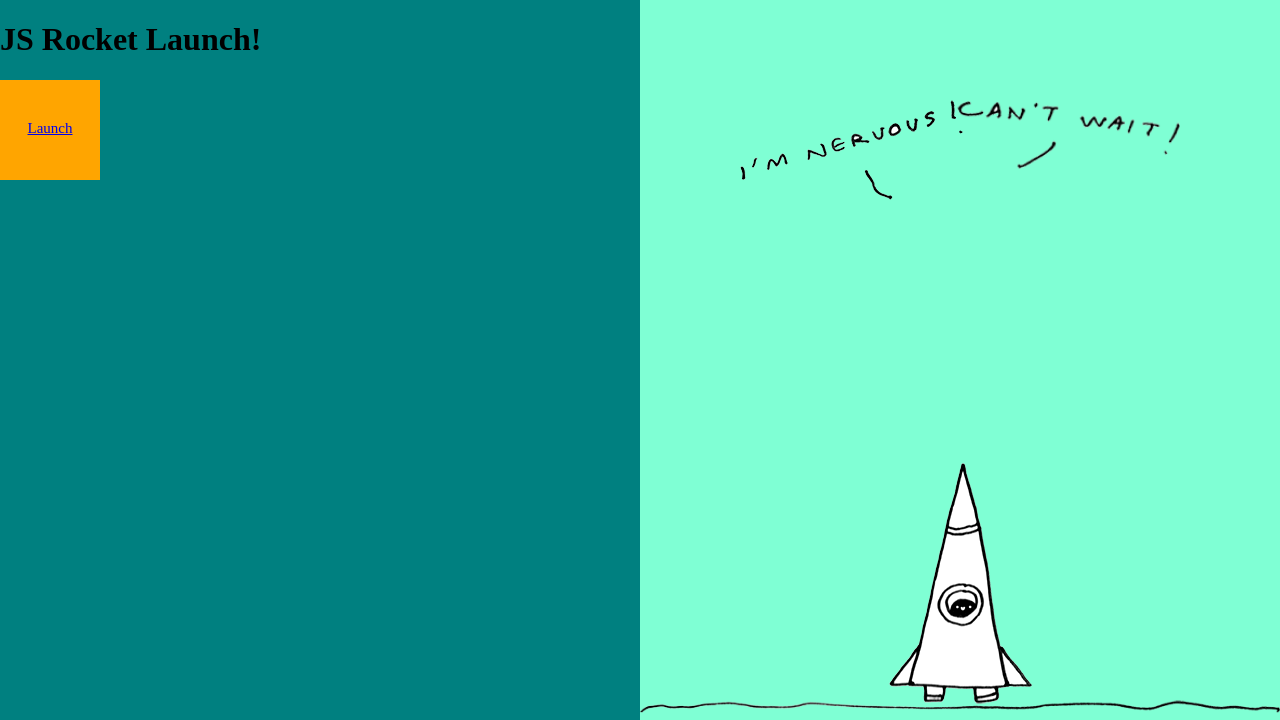
Repository: alcarrizo/Rocket-launch
Page: index.html
An editor plug-in stored every save of this project. The page is shown before and after the next save, followed by the edit.
The browser window is 1280 px wide. The pictures show the whole page.

Above is the page before, as saved 2022-10-20 17:22:46.

### index.html
<!DOCTYPE html>
<html lang="en">
<head>
    <meta charset="UTF-8">
    <meta http-equiv="X-UA-Compatible" content="IE=edge">
    <meta name="viewport" content="width=device-width, initial-scale=1.0">
    <title>Rocket Launch sequence</title>
    <script type="text/javascript" src="js/script.js"> </script>
    <link rel="stylesheet" href="css/style.css">
</head>
<body class="body-state1" id="body">
    <div class="left">
        <div class="state1">
            <h1>JS Rocket Launch!</h1>
            <a href="#" class="button" onclick="changeState(2);">Launch</a>
        </div>
        <div class="state2">
            <h1 class="countdown" id="countdown">10</h1>
            <a href="#" class="button" onclick="changeState(1);">Abort</a>
        </div>
        <div class="state3">
            <h1>Lift Off!</h1>
        </div>
        <div class="state4">
            <h1>Well done!</h1>
            <a href="#" class="button" onclick="changeState(1);">Do it again</a>
        </div>
        <div class="state5">
            <h1>Oh No!!!!</h1>
            <a href="#" class="button" onclick="changeState(1);">Try Again!</a>
        </div>
    </div>

    <div class="right">
        <div class="rocket" id="rocket"></div>
        <div class="ground"></div>
        <div class="nervous"></div>
        <div class="cant-wait"></div>
    </div>
</body>
</html>

### js/script.js
/*var countDown = function (i) {
    console.log(i)
    setTimeout(function () {
        i--
        document.getElementById("countdown").innerHTML = i;
        if (document.getElementById('body').className != 'body-state1') {
            if (i > 0) {
                countDown(i)
            }
            else {
                changeState(3)
            }
        }

    }, 1000)
}*/
var timer = null;
var CountDownNum = 10;
var changeState = function (state) {
    document.body.className = 'body-state' + state;
    clearInterval(timer);
    if (state != 2 && document.getElementById('countdown').innerHTML != 10) {
        CountDownNum = 10;
        document.getElementById('countdown').innerHTML = CountDownNum;
    }
    if (state == 2) {
        timer = setInterval(() => {
            CountDownNum -= 1;
            document.getElementById('countdown').innerHTML = CountDownNum;
            if (CountDownNum == 5) {
                //be nervous
            };
            if (CountDownNum == 3) {
                //Can't wait
            };
            if (CountDownNum <= 0) {
                changeState(3);

            };
        }, 200);
    }
    else if (state == 3) {
        var success = setTimeout(() => {
            var randomNum = Math.round(Math.random() * 10)
            //success
            console.log('random number: ' + randomNum)
            if (randomNum > 5) {
                changeState(4)
            }
            else {
                //fail
                changeState(5)
            }

        }, 2000);
    }
    // if (state == 1) {
    //     document.body.className = 'body-state1'
    // }
    // else if (state == 2) {
    //     document.body.className = 'body-state2'
    //     countDown(10)
    //     // for (let i = 10; i >= 0; i--) {
    //     //     setTimeout()
    //     //     document.getElementById("countdown").innerHTML = i;
    //     // }
    // }
    // else if (state == 3) {
    //     document.body.className = 'body-state3'
    //     document.getElementById('rocket').className = 'rocket flying';
    // }
    // else if (state == 4) {
    //     document.body.className = 'body-state4'
    // }
    // else {
    //     document.body.className = 'body-state5'
    // }
    // for (let i = 10; i >= 0; i--) {
    //     bdy.content = i;
    // }
    //document.getElementById('rocket').className = 'rocket flying';
}

### css/style.css
body {
    position: relative;
}

.left {
    position: fixed;
    box-sizing: border-box;
    width: 50%;
    height: 100%;
    top: 0;
    left: 0;
    background-color: teal;
}

.right {
    position: fixed;
    box-sizing: border-box;
    width: 50%;
    height: 100%;
    top: 0;
    right: 0;
    background-color: aquamarine;
}

.rocket {
    position: absolute;
    left: 50%;
    bottom: -15px;
    width: 143px;
    height: 272px;
    background: url("../img/rocket-state1.png") no-repeat 0 0;
    background-size: 100%;
    transition: bottom 10s;
    margin-left: -71.5px;

}

.body-state1 .rocket {
    transition: none;

}


.body-state2 .rocket {

    background-image: url("../img/rocket-state2.gif");
}

.body-state3 .rocket,
.body-state4 .rocket {
    bottom: 1000px;
    background-image: url("../img/rocket-state3.gif");
}

.body-state5 .rocket {
    width: 209px;
    height: 200px;
    background: url("../img/boom.png") no-repeat 0 0;
    background-size: 100%;
}

.ground {
    position: absolute;
    bottom: 0;
    left: 0;
    background: url("../img/ground.png") no-repeat center 0;
    background-size: 100%;
    width: 100%;
    height: 20px;

}

.nervous {
    position: absolute;
    top: 100px;
    left: 100px;
    background: url('../img/nervous.png') no-repeat 0 0;
    background-size: 100%;
    width: 223px;
    height: 100px;
}

.cant-wait {
    position: absolute;
    top: 100px;
    right: 100px;
    background: url('../img/cant-wait.png') no-repeat 0 0;
    background-size: 100%;
    width: 223px;
    height: 100px;
}

a {}

a.button {
    display: block;
    box-sizing: border-box;
    text-align: center;
    padding-top: 40px;
    height: 100px;
    width: 100px;
    font-size: 15px;
    background-color: orange;

}

.state1,
.state2,
.state3,
.state4,
.state5 {
    display: none;
}

body.body-state1 .state1 {
    display: block;
}

body.body-state2 .state2 {
    display: block;
}

body.body-state3 .state3 {
    display: block;
}

body.body-state4 .state4 {
    display: block;
}

body.body-state5 .state5 {
    display: block;
}

After the next save:
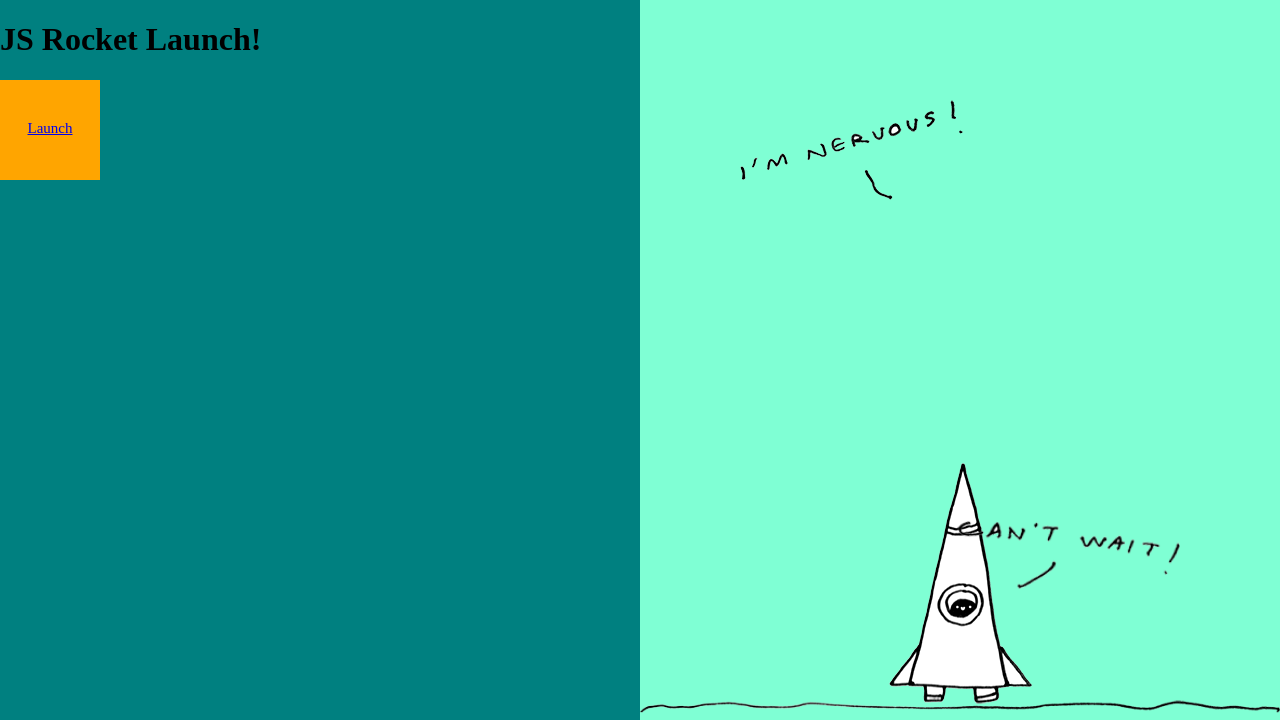
Saved 14 s later.
--- a/css/style.css
+++ b/css/style.css
@@ -82,7 +82,7 @@ body {
 
 .cant-wait {
     position: absolute;
-    top: 100px;
+    bottom: 100px;
     right: 100px;
     background: url('../img/cant-wait.png') no-repeat 0 0;
     background-size: 100%;
